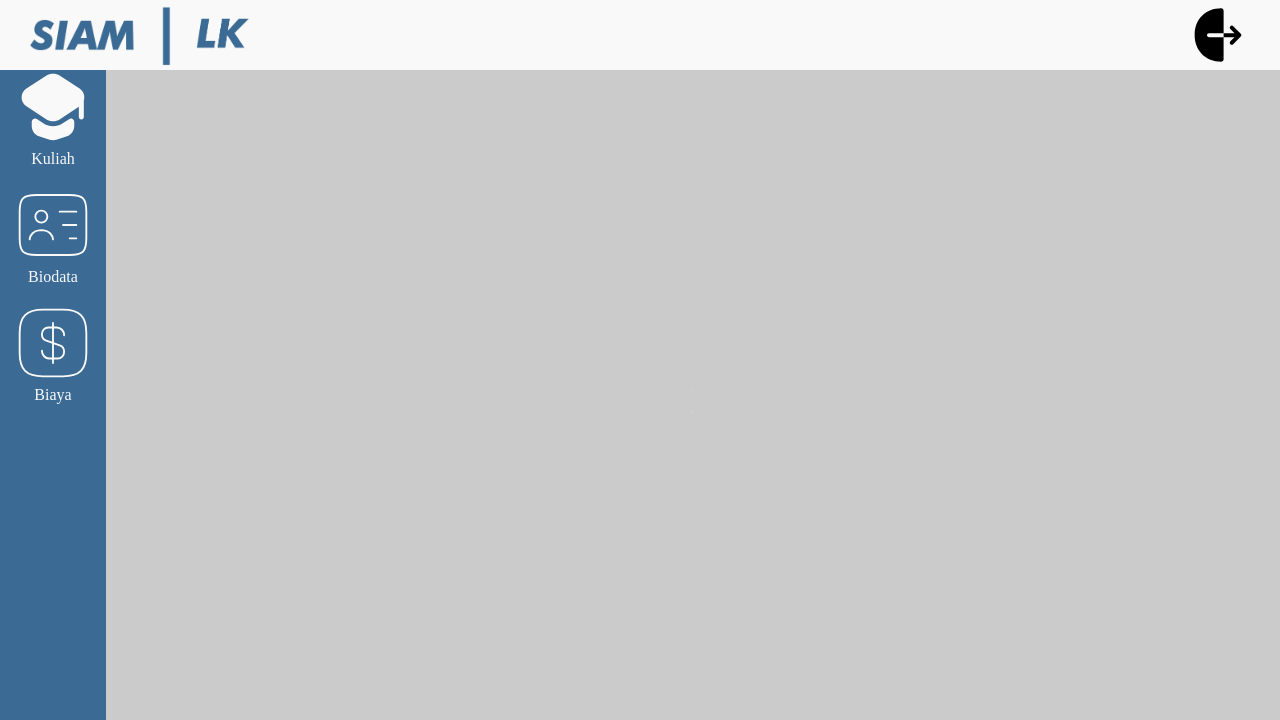
Repository: haikalirf/Project-IMK
Page: knowledgebase.html
The author's editor kept a copy of each file at every save. The page is drawn from the files as they stood at one save, then again after the next save.
The browser window is 1280 px wide. The pictures show the whole page.
Some web fonts or font styles are not loaded; a fallback is used.

Above is the page before, as saved 2022-12-15 10:50:40.
Not found: scripts/.js

### knowledgebase.html
<!DOCTYPE html>
<html lang="en">
<head>
	<meta charset="UTF-8">
	<meta http-equiv="X-UA-Compatible" content="IE=edge">
	<meta name="viewport" content="width=device-width, initial-scale=1.0">
	<title>SIAM</title>
	<link rel="icon" href="/assets/logo_ub.ico">
	<link rel="stylesheet" href="https://cdn.jsdelivr.net/npm/bootstrap@5.2.3/dist/css/bootstrap.min.css" integrity="sha384-rbsA2VBKQhggwzxH7pPCaAqO46MgnOM80zW1RWuH61DGLwZJEdK2Kadq2F9CUG65" crossorigin="anonymous">
	<link rel="stylesheet" href="/styles/knowledgebase.css">
</head>
<body>
	<nav class="navbar" id="navbar">
		<div class="navbar-left">
			<a class="navbar-brand" href="/kuliah.html">
				<img class="navbar-image" src="/assets/SIAM.png" alt="SIAM">
			</a>
			<img src="/assets/Garis.svg" alt="">
			<a class="navbar-extra" href="kemahasiswaan.html">
				<img class="navbar-image" src="assets/LK.png" alt="Layanan Kemahasiswaan">
			</a>
		</div>
		<a class="navbar-link" href="landing.html">
			<img id="navbar-image" src="/assets/Logout.svg" alt="Logout">
		</a>
	</nav>
	<div class="mh-100" id="sidebar">
		<a class="btn" href="kuliah.html">
			<img id="sidebar-kuliah" src="/assets/Kuliah Logo.svg" alt="Kuliah">
			<label for="sidebar-kuliah">Kuliah</label>
		</a>
		<a class="btn" href="">
			<img id="sidebar-biodata" src="/assets/Biodata Logo Kosong.svg" alt="Biodata">
			<label for="sidebar-biodata">Biodata</label>
		</a>
		<a class="btn" href="">
			<img id="sidebar-biaya" src="/assets/Biaya Logo Kosong.svg" alt="Biaya">
			<label for="sidebar-biaya">Biaya</label>
		</a>
	</div>
	<main>
		<div class="card">

		</div>
		<div class="card">

		</div>
		<div class="card">

		</div>
	</main>
	<script src="https://cdn.jsdelivr.net/npm/bootstrap@5.2.3/dist/js/bootstrap.bundle.min.js" integrity="sha384-kenU1KFdBIe4zVF0s0G1M5b4hcpxyD9F7jL+jjXkk+Q2h455rYXK/7HAuoJl+0I4" crossorigin="anonymous"></script>
	<script src="/scripts/.js"></script>
</body>
</html>

### styles/knowledgebase.css
/* CSS Reset */
/*
	Josh's Custom CSS Reset
	https://www.joshwcomeau.com/css/custom-css-reset/
*/
*, *::before, *::after {
	box-sizing: border-box;
}
  * {
	margin: 0;
}
html, body {
	height: 100%;
}
body {
	line-height: 1.5;
	-webkit-font-smoothing: antialiased;
}
img, picture, video, canvas, svg {
	display: block;
	max-width: 100%;
}
input, button, textarea, select {
	font: inherit;
}
p, h1, h2, h3, h4, h5, h6 {
	overflow-wrap: break-word;
}
#root, #__next {
	isolation: isolate;
}
/* CSS Reset ends */

body {
	background-color: #cbcbcb;
	font-family: 'readex';
	font-size: 16px;
}

@font-face {
	font-family: 'readex';
	src:url('/assets/fonts/ReadexPro-Medium.ttf');
}

#navbar {
	display: flex;
	justify-content: space-between;
	position: fixed;
	background-color: #f9f9f9;
	z-index: 1;
	width: 100%;
	padding: 0px 30px;
}

.navbar-left {
	display: flex;
	align-items: center;
}

.navbar-image {
	height: 50px;
}

.navbar-extra {
	padding-bottom: 5px;
	margin-left: 15px;
}

main {
	padding-top: 60px;
	padding-left: 106px;
	display: flex;
	flex-direction: column;
	justify-content: center;
	align-items: center;
	height: 100vh;
	gap: 20px;
}

#sidebar {
	background-color: #3b6a94;
	display: flex;
	flex-direction: column;
	flex: 1;
	position: fixed;
	height: 100vh;
	padding-top: 60px;
}

#sidebar a:hover {
	background-color: #266093;
}

#sidebar img {
	width: 80px;
	height: 80px;
}

a img, a label {
	color: #f9f9f9;
}

.btn {
	background-color: #3b6a94;
}

.btn:hover {
	background-color: #266093;
}

After the next save:
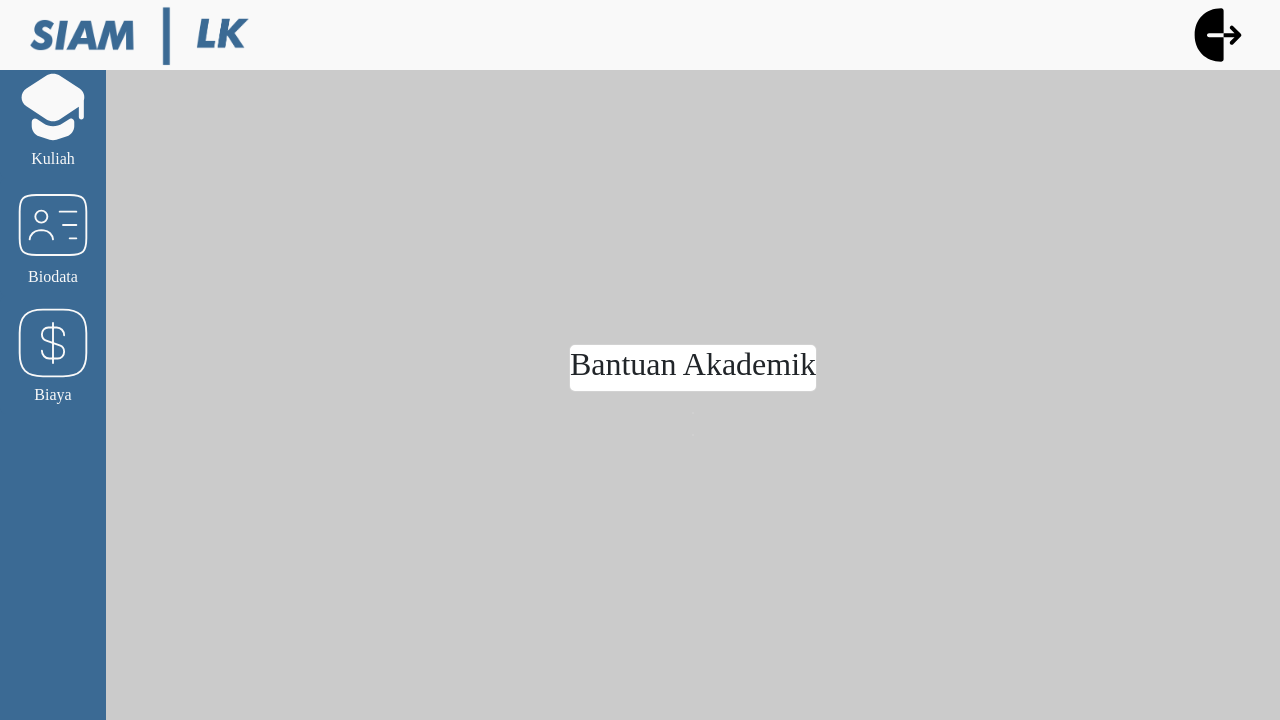
Saved 11 s later.
--- a/knowledgebase.html
+++ b/knowledgebase.html
@@ -40,7 +40,7 @@
 	</div>
 	<main>
 		<div class="card">
-
+			<h2>Bantuan Akademik</h2>
 		</div>
 		<div class="card">
 
